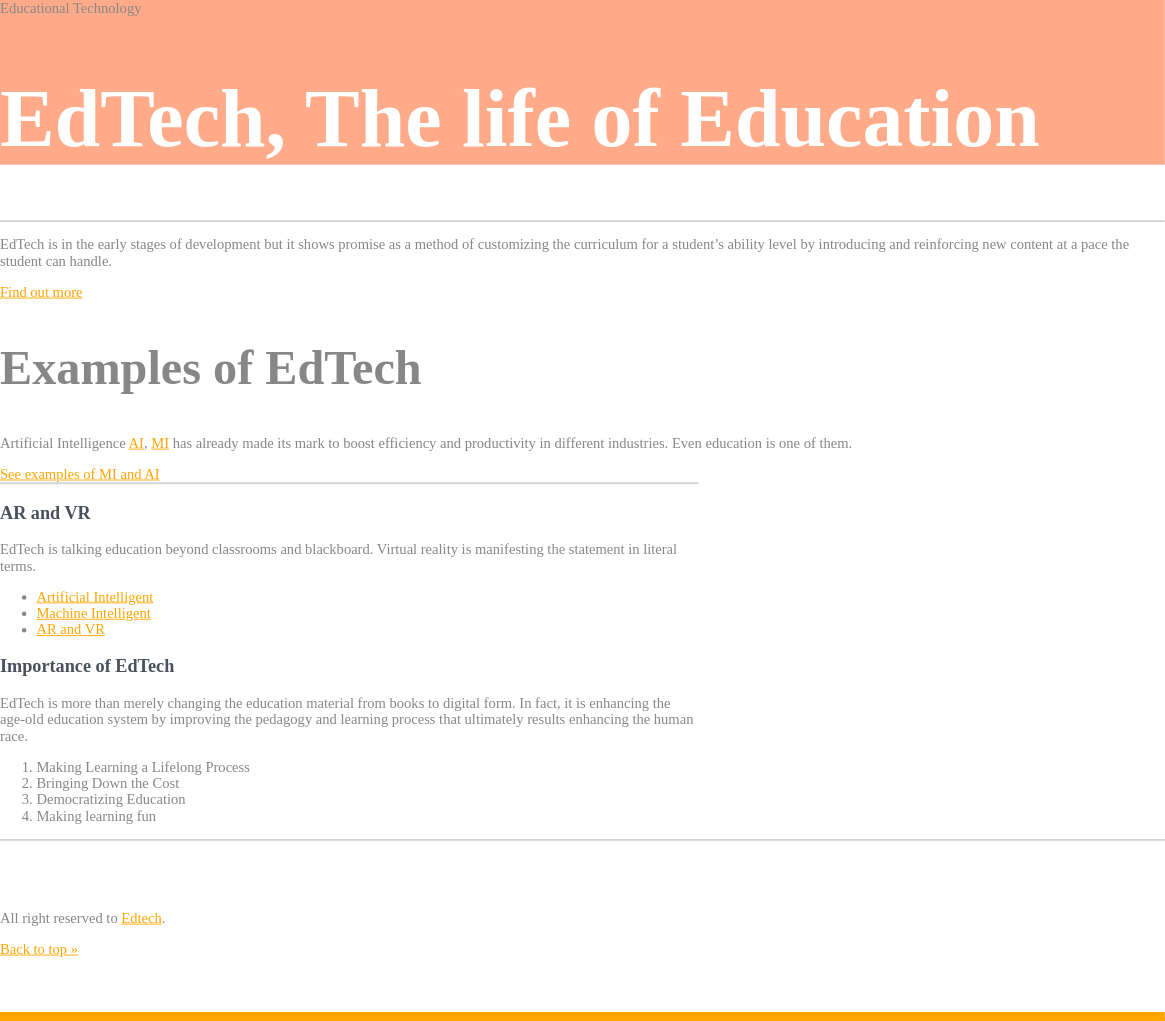
Repository: tunmishyi/edtech
Page: index.html
These files come from the project's save history. The page is drawn as it stood at one moment and after the next save; the edit follows.
The browser window is 1280 px wide. The pictures show the whole page, at 91% of full size.

Above is the page before, as saved 2020-06-09 23:02:03.

### index.html
<html>
	<head>
		<title>EdTech</title>
		<link rel="stylesheet" href="/home/peterolayinka/Documents/archive/tutorial/jumoke/css/style.css">
	</head>
	<body>
		<header id="top" class="main-header">
			<span class"title">Educational Technology</span>
			<h1>EdTech, The life of Education</h1>
		</header>

		<div class="primary-content, t-border">
			<p>
					EdTech is in the early stages of development but it shows promise as a method of customizing the curriculum for a student’s ability level by introducing and reinforcing new content at a pace the student can handle.
			</p>
			<a href="#more">Find out more</a>
			<h2>Examples of EdTech</h2>
			<p>
				Artificial Intelligence <a href="#">AI</a>, <a href="#">MI</a> has already made its mark to boost efficiency and productivity in different industries. Even education is one of them.
			</p>
			<a href="#" class="callout">See examples of MI and AI</a>
		</div>

		<div class="secondary-content t-border">
			<h3>AR and VR</h3>
				<p>
					EdTech is talking education beyond classrooms and blackboard. Virtual reality is manifesting the statement in literal terms.
				</p>
				<ul>
					<li><a href="#">Artificial Intelligent</a></li>
					<li><a href="#">Machine Intelligent</a></li>
					<li><a href="#">AR and VR</a></li>
				</ul>
				<h3>Importance of EdTech</h3>
				<p>
					EdTech is more than merely changing the education material from books to digital form. In fact, it is enhancing the age-old education system by improving the pedagogy and learning process that ultimately results enhancing the human race.
				</p>
				<ol>
					<li>Making Learning a Lifelong Process</li>
					<li>Bringing Down the Cost</li>
					<li>Democratizing Education</li>
					<li>Making learning fun</li>
				</ol>
			</div>

			<footer id="main-footer" class="t-border">
				<p>All right reserved to <a href="#">Edtech</a>.</p>
				<a href="#top">Back to top &raquo;</a>
			</footer>
	</body>
</html>

### style.css
/*Type Selectors */

body {
   color: #878787;
   margin: 0;
   font-size: 1em;
}

h1 {
    font-size: 5.625rem; /* 90px/16px */
    color: white;
    }

    h2 {
        font-size: 53px;
    }

    h3 {
        font-size: 20px;
        color: #48525c;
    }

    /* Pseudo Classes-------- */

    a:link {
        color: orange;
    }

    a:visited {
        color: lightblue;
    }

    a:hover {
        color: forestgreen;
    }

    a:active {
        color: lightcoral;
    }

    /*ID Selectors */

    #main-footer {
        padding-top: 60px;
        padding-bottom: 60px;
        border-bottom: solid 10px orange;
    }

    /*Class Selectors */

    .main-header {
        background-color: #fa8;
       }

    .title {
        color: white;
        font-size: 1.625rem; /* 26px/16px  */
    }

    .primary-content,
    .secondary-content {
        width: 60%;
    }
    .primary-content {
        text-align: center;
    }

    .t-border {
        border-top: 2px solid lightgrey;
    }

After the next save:
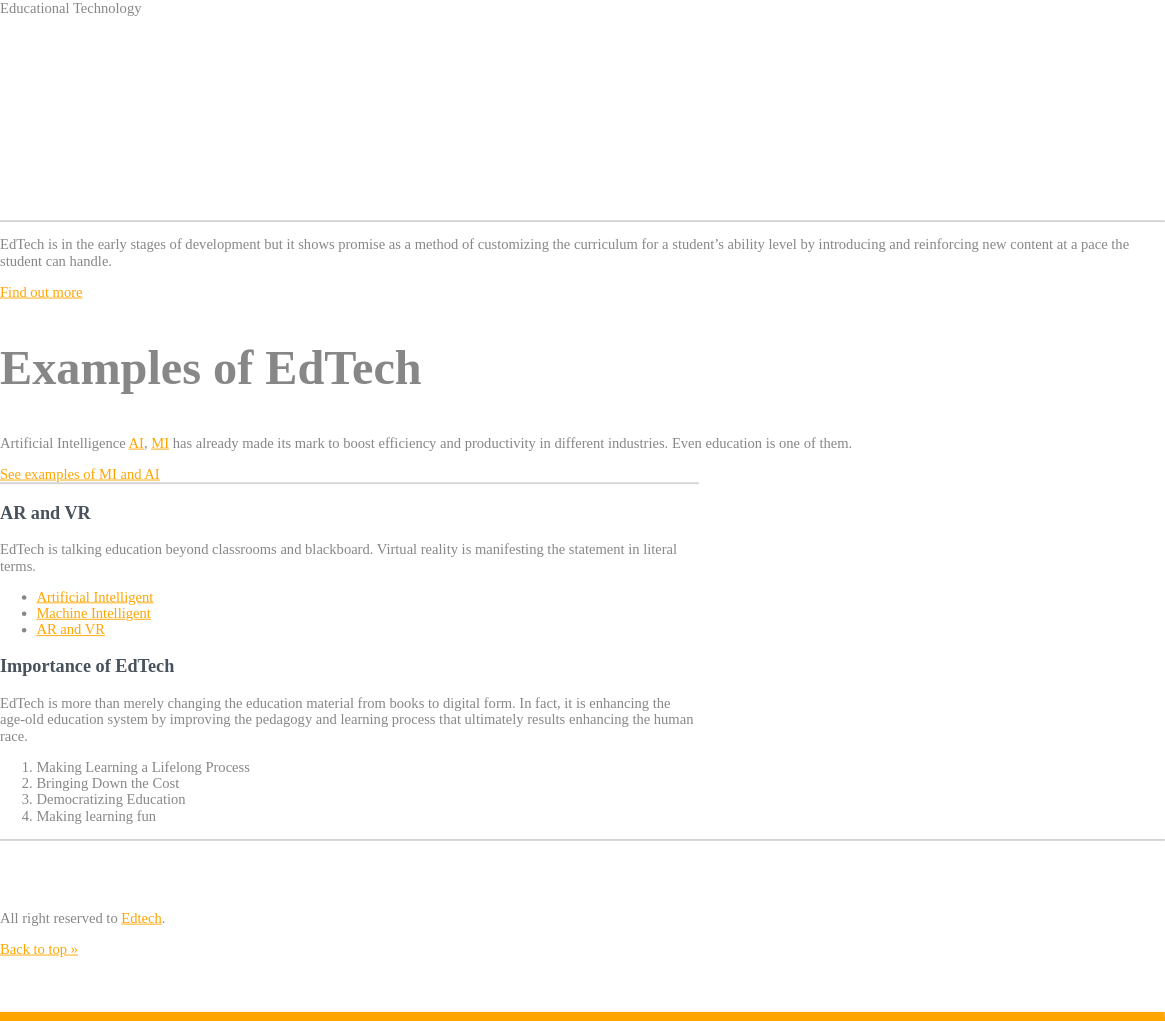
Saved 15 s later.
--- a/style.css
+++ b/style.css
@@ -49,7 +49,7 @@ h1 {
     /*Class Selectors */
 
     .main-header {
-        background-color: #fa8;
+        background-color: #fff;
        }
 
     .title {
